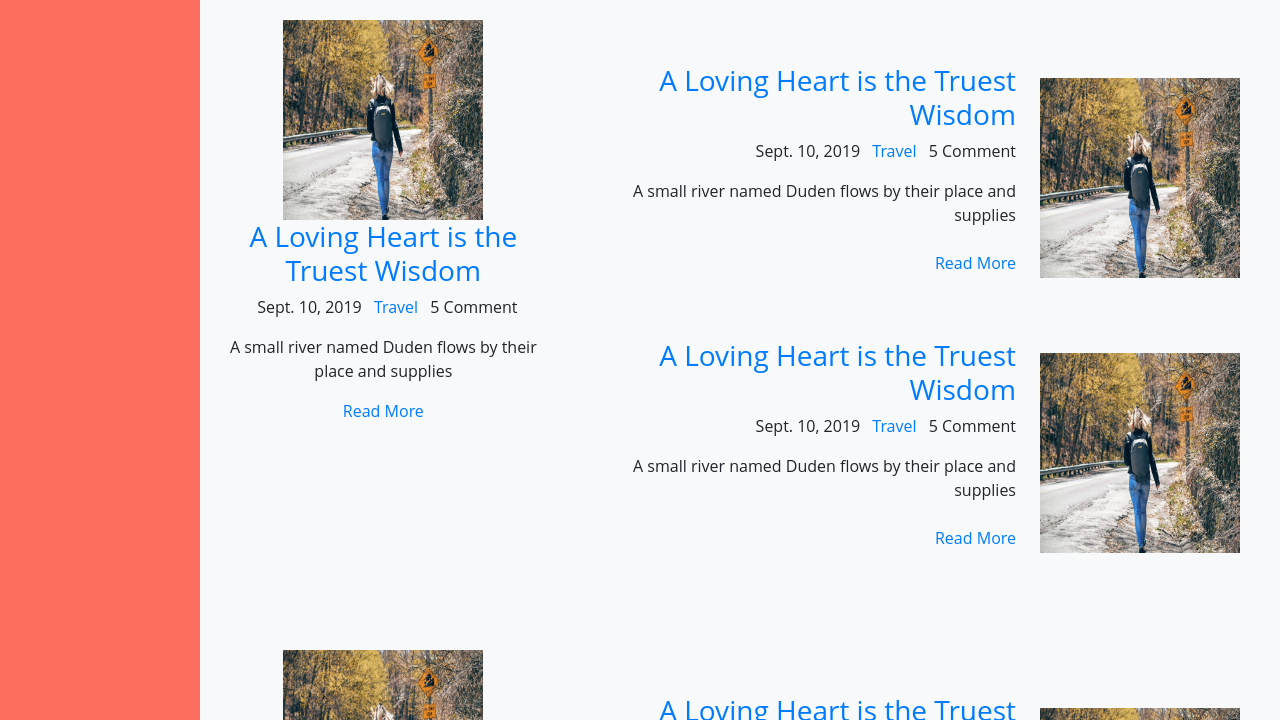
Repository: tts2610/GoogleNews
Page: index.html
An editor plug-in stored every save of this project. The page is shown before and after the next save, followed by the edit.
The browser window is 1280 px wide. The pictures show the whole page.
The page's requests for data from a server got no answer. An inner scrolling area shows only its first screen. Some web libraries are served in a nearby version.

Above is the page before, as saved 2020-05-20 22:25:01.

After the next save:
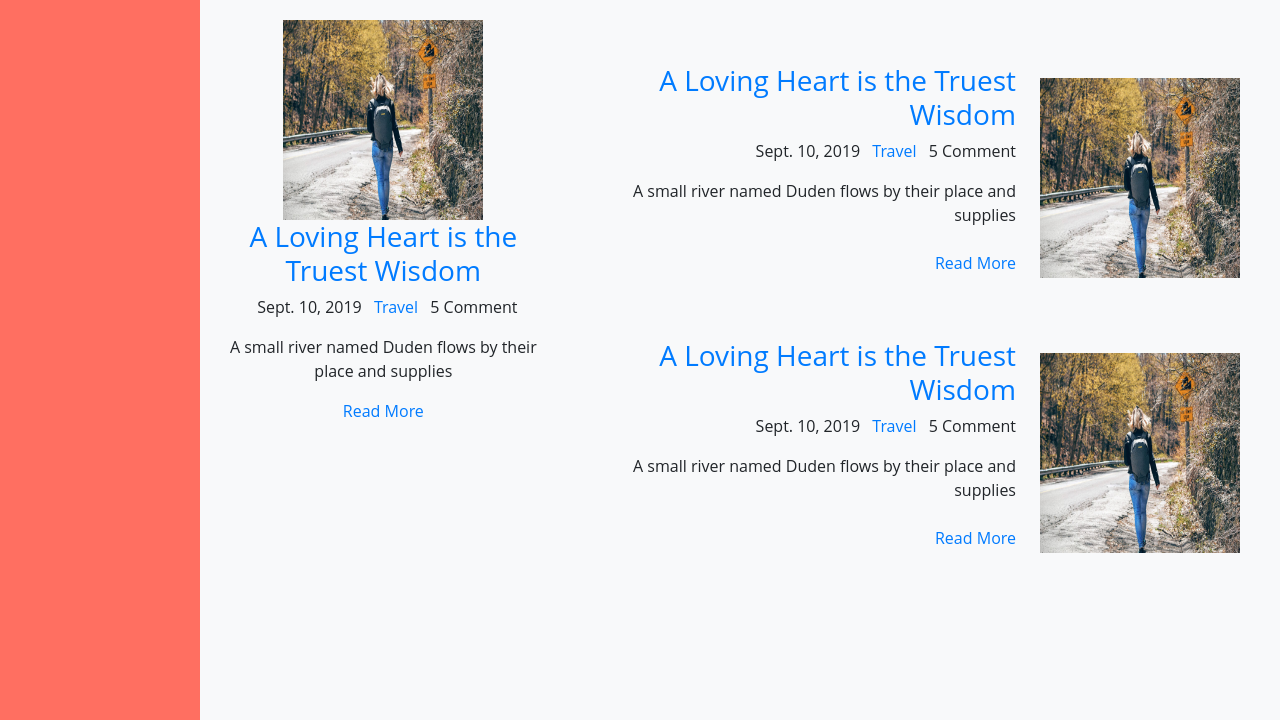
Saved 15 s later.
--- a/index.html
+++ b/index.html
@@ -94,65 +94,6 @@
                 </div>
             </div>
             <!-- <button type="button" id="loadMoreBtn" class="btn btn-success my-3" style="margin-left: 470px;">Load more...</button> -->
-            <div class="row">
-                <div class="col-4 d-flex">
-                    <div class="blog-entry-left">
-                        <div>
-                            <img src="img/image_8.jpg" width="200" height="200">
-                        </div>
-                        <div class="text p-4" style="text-align: center;">
-                            <h3 class="mb-2"><a href="single.html">A Loving Heart is the Truest Wisdom</a></h3>
-                            <div class="meta-wrap">
-                                <p class="meta">
-                                    <span><i class="icon-calendar mr-2"></i>Sept. 10, 2019</span>
-                                    <span><a href="single.html"><i class="icon-folder-o mr-2"></i>Travel</a></span>
-                                    <span><i class="icon-comment2 mr-2"></i>5 Comment</span>
-                                </p>
-                            </div>
-                            <p class="mb-4">A small river named Duden flows by their place and supplies</p>
-                            <p><a href="#" class="btn-custom">Read More <span class="ion-ios-arrow-forward"></span></a></p>
-                        </div>
-                    </div>
-                </div>
-                <div class="col-8 d-flex">
-                    <div class="row">
-                        <div class="col-md-12">
-                            <div class="blog-entry ftco-animate d-md-flex align-items-center">
-                                <div class="text text-2 text-md-right p-4">
-                                    <h3 class="mb-2"><a href="single.html">A Loving Heart is the Truest Wisdom</a></h3>
-                                    <div class="meta-wrap">
-                                        <p class="meta">
-                                            <span><i class="icon-calendar mr-2"></i>Sept. 10, 2019</span>
-                                            <span><a href="single.html"><i class="icon-folder-o mr-2"></i>Travel</a></span>
-                                            <span><i class="icon-comment2 mr-2"></i>5 Comment</span>
-                                        </p>
-                                    </div>
-                                    <p class="mb-4">A small river named Duden flows by their place and supplies</p>
-                                    <p><a href="#" class="btn-custom">Read More <span class="ion-ios-arrow-forward"></span></a></p>
-                                </div>
-                                <div class="news-img"><img src="img/image_8.jpg" width="200" height="200"></div>
-                            </div>
-                        </div>
-                        <div class="col-md-12">
-                            <div class="blog-entry ftco-animate d-md-flex align-items-center">
-                                <div class="text text-2 text-md-right p-4">
-                                    <h3 class="mb-2"><a href="single.html">A Loving Heart is the Truest Wisdom</a></h3>
-                                    <div class="meta-wrap">
-                                        <p class="meta">
-                                            <span><i class="icon-calendar mr-2"></i>Sept. 10, 2019</span>
-                                            <span><a href="single.html"><i class="icon-folder-o mr-2"></i>Travel</a></span>
-                                            <span><i class="icon-comment2 mr-2"></i>5 Comment</span>
-                                        </p>
-                                    </div>
-                                    <p class="mb-4">A small river named Duden flows by their place and supplies</p>
-                                    <p><a href="#" class="btn-custom">Read More <span class="ion-ios-arrow-forward"></span></a></p>
-                                </div>
-                                <div class="news-img"><img src="img/image_8.jpg" width="200" height="200"></div>
-                            </div>
-                        </div>
-                    </div>
-                </div>
-            </div>
         </div>
     </div>
 
